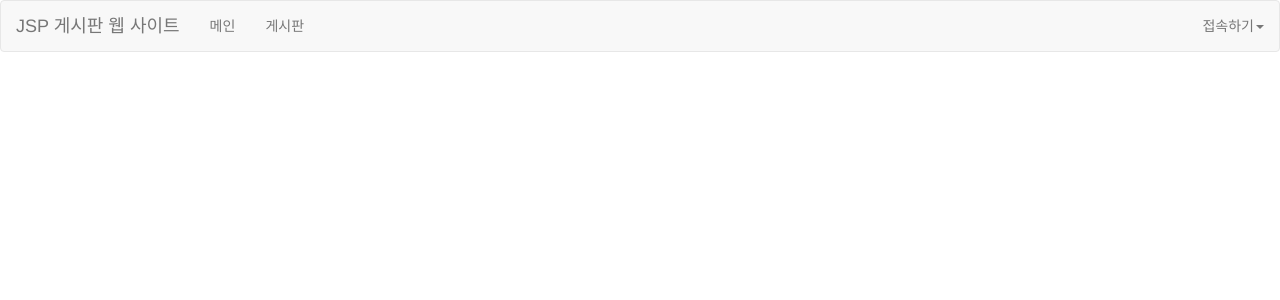
Repository: asdf130700/JSP
Page: http://localhost/BBS/login.jsp
An editor plug-in stored every save of this project. The page is shown before and after the next save, followed by the edit.
The browser window is 1280 px wide. The pictures show the whole page.
Some web libraries are served in a nearby version. The page is served by Tomcat 9.

Above is the page before, as saved 2020-12-02 02:27:54.

After the next save:
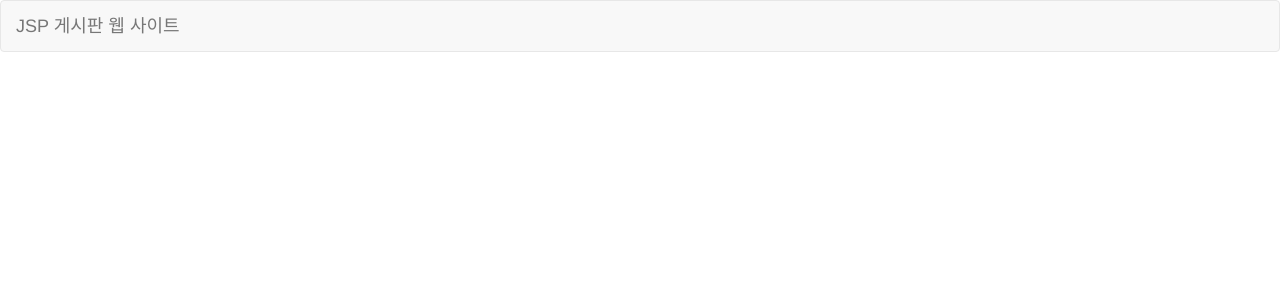
Saved 4 min 22 s later.
--- a/BBS/WebContent/login.jsp
+++ b/BBS/WebContent/login.jsp
@@ -20,7 +20,7 @@
 	</button>
 	<a class="navbar-brand" href="main.jsp">JSP 게시판 웹 사이트</a>
 	</div>
-	<div class="collapse navbar-collapse" id="bs-example-navbar-collapse-1">
+<!-- 	<div class="collapse navbar-collapse" id="bs-example-navbar-collapse-1">
 	<ul class="nav navbar-nav">
 	<li><a href="main.jsp">메인</a></li>
 		<li><a href="bbs.jsp">게시판</a></li>
@@ -36,7 +36,7 @@
 	</ul>
 	</li>
 	</ul>
-	</div>
+	</div> -->
 	</nav>
 	<script src="http://code.jquery.com/jquery-3.1.1.min.js"></script>
 	<script src="js/bootstrap.js"></script>
